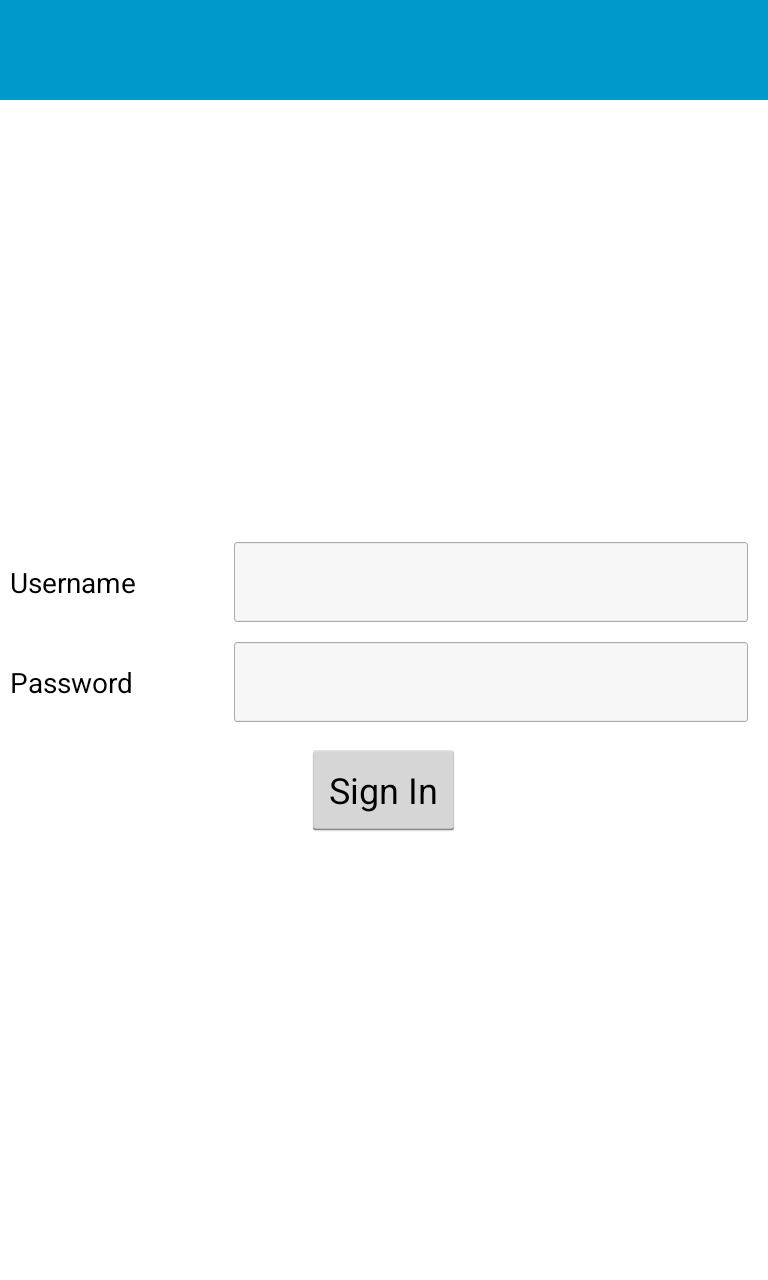
Repository: pankajk7/hotel_mockup
Layout: Hotel_MockUp/res/layout/login_layout.xml
The author's editor kept a copy of each file at every save. The layout is drawn from the files as they stood at one save, then again after the next save.
It is drawn on a 768 x 1280 px phone screen (xhdpi) without system bars, with theme AppTheme; the app's code is not run.

Above is the layout before, as saved 2014-11-05 11:53:20.

After the next save:
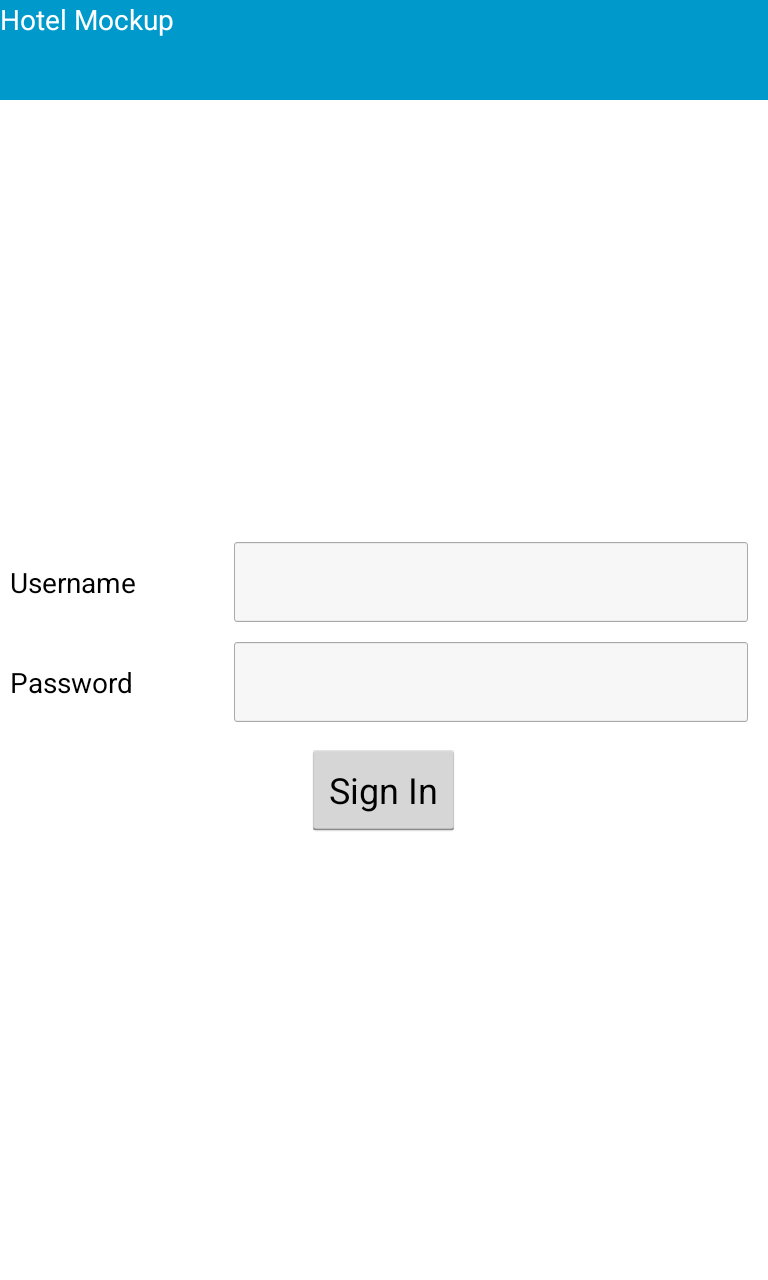
Saved 54 s later.
--- a/Hotel_MockUp/res/layout/login_layout.xml
+++ b/Hotel_MockUp/res/layout/login_layout.xml
@@ -12,7 +12,11 @@
                 android:layout_height="50dp"
                 android:layout_weight="0"
                 android:background="@color/lightBlue">
-
+         <TextView
+                    android:layout_width="match_parent"
+                    android:layout_height="match_parent"
+                    android:text="Hotel Mockup"
+                    android:textColor="#fff"/>
     </LinearLayout>
 
 
